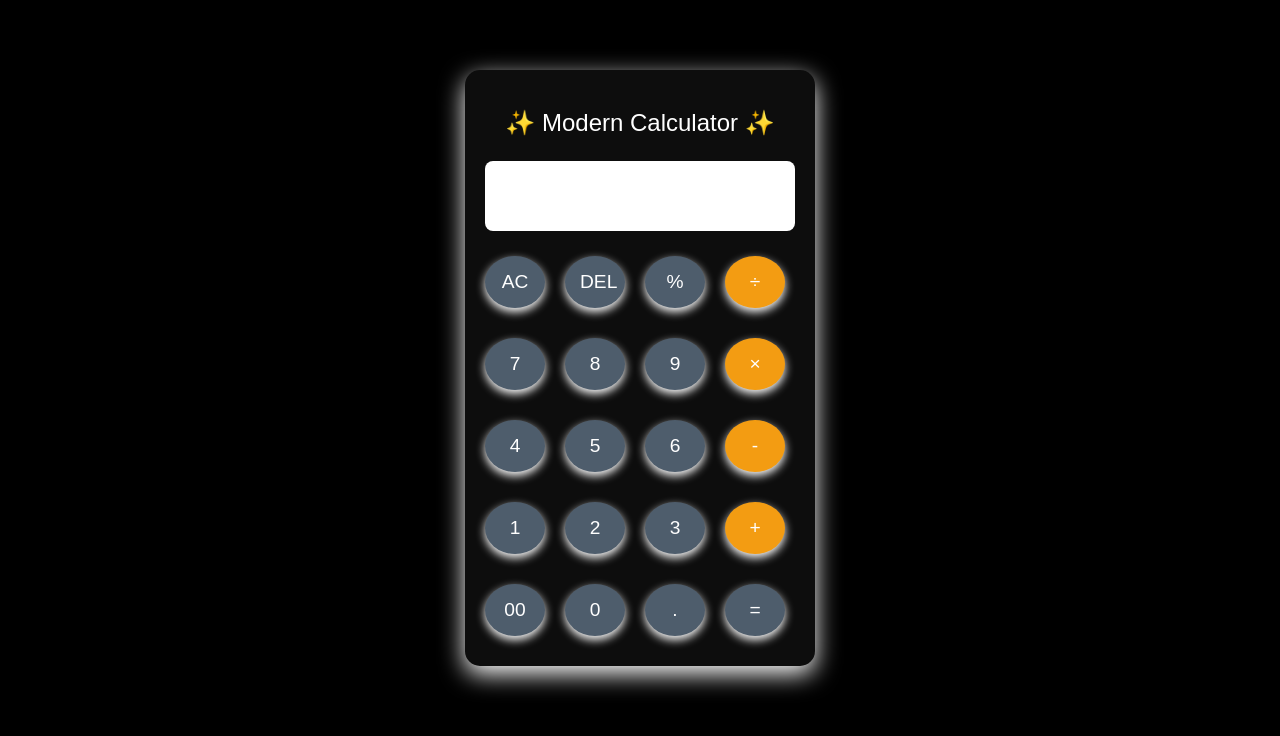
Repository: hawamubarakk/Calculator
Page: calculator.html
These files come from the project's save history. The page is drawn as it stood at one moment and after the next save; the edit follows.
The browser window is 1280 px wide. The pictures show the whole page.

Above is the page before, as saved 2025-08-15 22:23:14.

### calculator.html
<!DOCTYPE html>
<html lang="en">
<head>
  <meta charset="UTF-8">
  <meta name="viewport" content="width=device-width, initial-scale=1.0">
  <title>Modern Calculator</title>
  <link rel="stylesheet" href="style.css">
</head>
<body>
    <div class="calculator-container">
  <h2>✨ Modern Calculator ✨</h2>
  <p class="js-calculation"></p>

  <div class="buttons-grid">

    <button id="clear">AC</button>
    <button id="delete">DEL</button>
    <button data-value="%">%</button>
    <button class="op" data-value="/">÷</button>

    <button data-value="7">7</button>
    <button data-value="8">8</button>
    <button data-value="9">9</button>
    <button class="op" data-value="*">×</button>

    <button data-value="4">4</button>
    <button data-value="5">5</button>
    <button data-value="6">6</button>
    <button class="op" data-value="-">-</button>

    <button data-value="1">1</button>
    <button data-value="2">2</button>
    <button data-value="3">3</button>
    <button class="op" data-value="+">+</button>

    <button data-value="00">00</button>
    <button data-value="0">0</button>
    <button data-value=".">.</button>
    <button id="equals">=</button>
  </div>
</div>

  <script src="script.js"></script>
</body>
</html>

### style.css
body {
  background-color: black;
  font-family: Arial, sans-serif;
  color: black;
  display: flex;
  justify-content: center;
  align-items: center;
  height: 100vh;
}

.calculator-container {
  background: rgba(255, 255, 255, 0.05);
  padding: 20px;
  border-radius: 15px;
  box-shadow: 0 8px 25px white;
  text-align: center;
}

h2 {
  margin-bottom: 10px;
  font-weight: normal;
  color: white;
}

.js-calculation {
  background: white;
  padding: 15px;
  border-radius: 8px;
  font-size: 1.5rem;
  margin-bottom: 15px;
  min-height: 40px;
  transition: all 0.3s ease-in-out;
}

.buttons-grid {
  display: grid;
  grid-template-columns: repeat(4, 70px);
  gap: 10px;
}

button {
  font-size: 1.2rem;
  padding: 15px;
  border: none;
  border-radius: 50%;
  background: #4e5d6c;
  color: white;
  cursor: pointer;
  transition: transform 0.15s ease;
  box-shadow: 0 4px 10px white;
  margin-top: 10px;
  margin-bottom: 10px;
  margin-right: 10px;
}

button:hover {
  background: #5b8abc;
  transform: scale(1.1);
}

button:active {
  transform: scale(0.9);
}

.op {
  background: #f39c12;
}

.op:hover {
  background: #e67e22;
}

.clear-btn {
  grid-column: span 4;
  border-radius: 10px;
  background: #d73a28;
}

.clear-btn:hover {
  background: #e74c3c;
}

### script.js
let calculation = localStorage.getItem('calculation') || '';
displayCalculation();

function updateCalculation(value) {
  calculation += value;
  displayCalculation();
  localStorage.setItem('calculation', calculation);
}

function displayCalculation() {
  document.querySelector('.js-calculation').textContent = calculation;
}

function evaluateCalculation() {
  try {
    calculation = eval(calculation);
    displayCalculation();
    localStorage.setItem('calculation', calculation);
  } catch {
    calculation = "Error";
    displayCalculation();
  }
}

function clearCalculation() {
  calculation = '';
  displayCalculation();
  localStorage.setItem('calculation', calculation);
}

function deleteLastChar() {
  calculation = calculation.slice(0, -1);
  displayCalculation();
  localStorage.setItem('calculation', calculation);
}

// Mouse Click Support
document.querySelectorAll('button[data-value]').forEach(btn => {
  btn.addEventListener('click', () => {
    updateCalculation(btn.getAttribute('data-value'));
  });
});

document.getElementById('equals').addEventListener('click', evaluateCalculation);
document.getElementById('clear').addEventListener('click', clearCalculation);
document.getElementById('delete').addEventListener('click', deleteLastChar);

// Keyboard Support
document.addEventListener("keydown", function(event) {
  const key = event.key;

  if (!isNaN(key) || key === ".") updateCalculation(key);
  if (["+", "-", "*", "/", "%"].includes(key)) updateCalculation(` ${key} `);
  if (key === "Enter") evaluateCalculation();
  if (key === "Backspace") deleteLastChar();
  if (key === "Escape") clearCalculation();
});

After the next save:
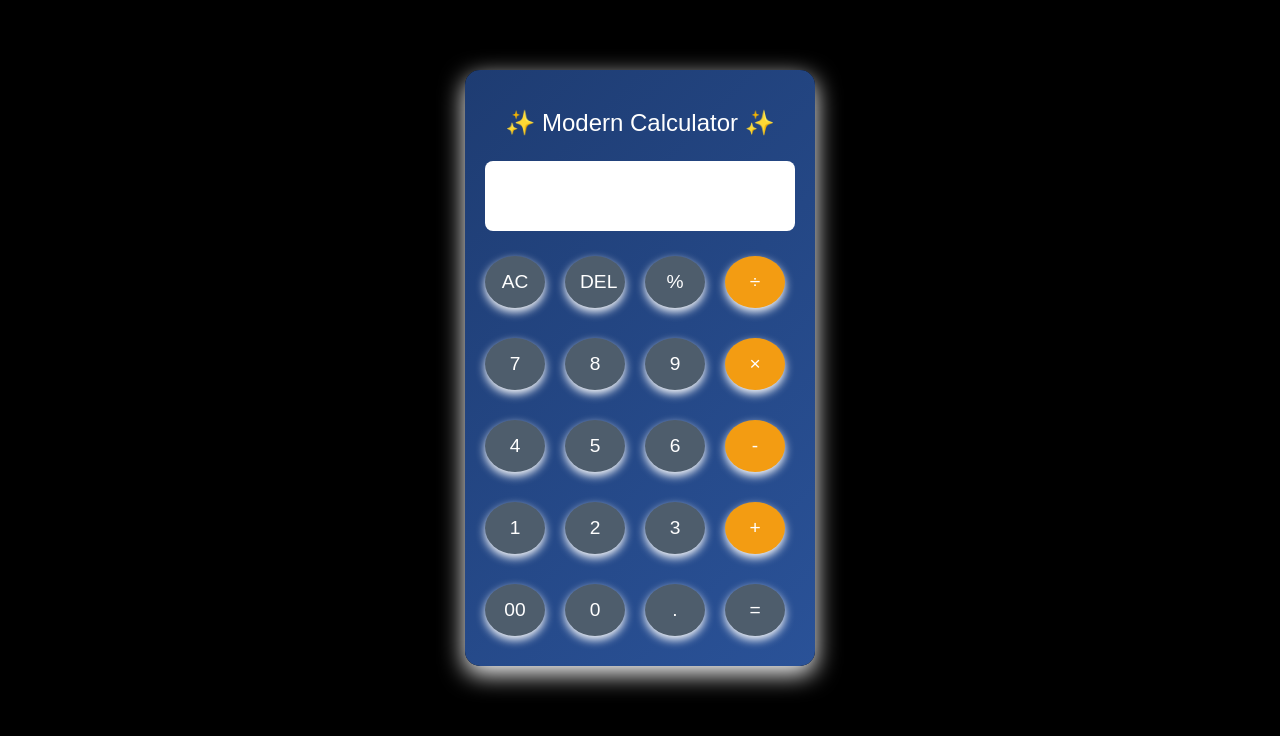
Saved 115 s later.
--- a/style.css
+++ b/style.css
@@ -9,7 +9,7 @@ body {
 }
 
 .calculator-container {
-  background: rgba(255, 255, 255, 0.05);
+  background: linear-gradient(135deg, #1e3c72, #2a5298);
   padding: 20px;
   border-radius: 15px;
   box-shadow: 0 8px 25px white;
